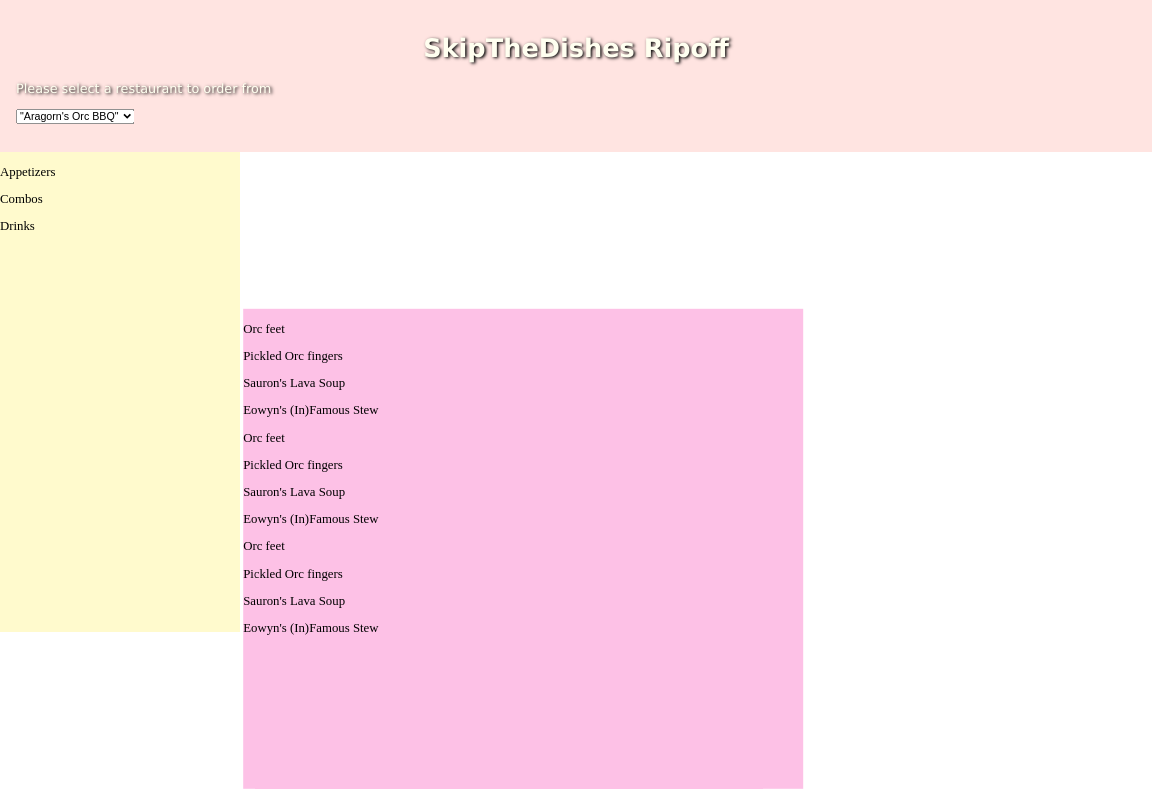
Repository: hudaali14/Carleton
Page: 2406/Assignments/Assignment1 (97)/order.html
An editor plug-in stored every save of this project. The page is shown before and after the next save, followed by the edit.
The browser window is 1280 px wide. The page is 1440 px wide, so the pictures cover 1440 px, including what lies to the right of the window. The pictures show the whole page, at 80% of full size.
After loading, the first visible `#dropdown` was changed once.

Above is the page before, as saved 2020-01-25 18:54:44.

After the next save:
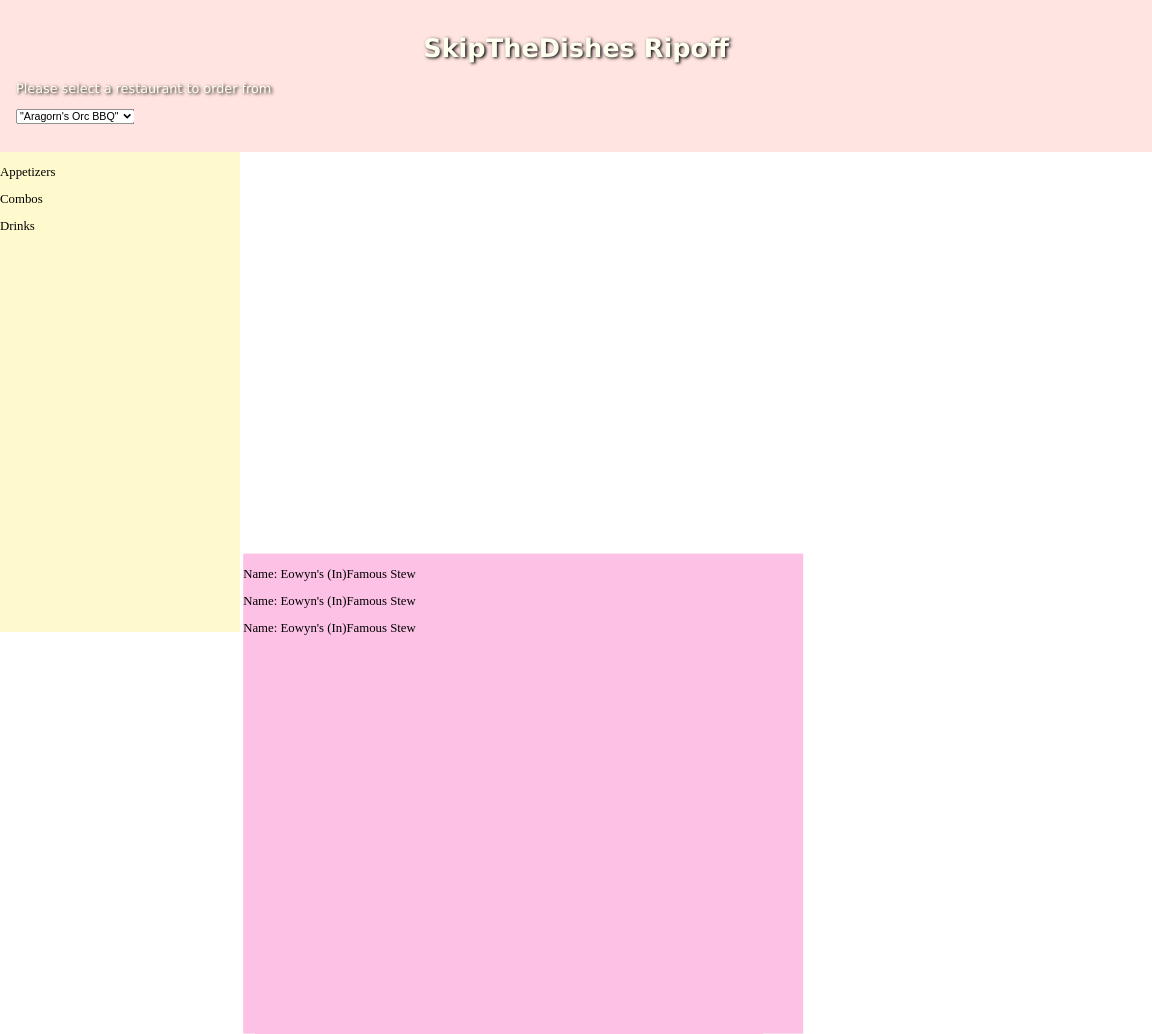
Saved 94 s later.
--- a/2406/Assignments/Assignment1 (97)/client.js
+++ b/2406/Assignments/Assignment1 (97)/client.js
@@ -329,9 +329,8 @@
 	let categoryItems = restaurant.menu["Appetizers"];
 	// let name = legolas.menu["Lembas"][0].name;
 	// console.log(name);
-	for(let i=0; i<4; i++){
-		let item = document.createElement("p");
-		item.innerHTML=categoryItems[i].name;
-		itemMenu.appendChild(item);
-	}
+	let item = document.createElement("p");
+	item.innerHTML+="Name: ";
+	item.innerHTML+=categoryItems[i].name;
+	itemMenu.appendChild(item);
 }
